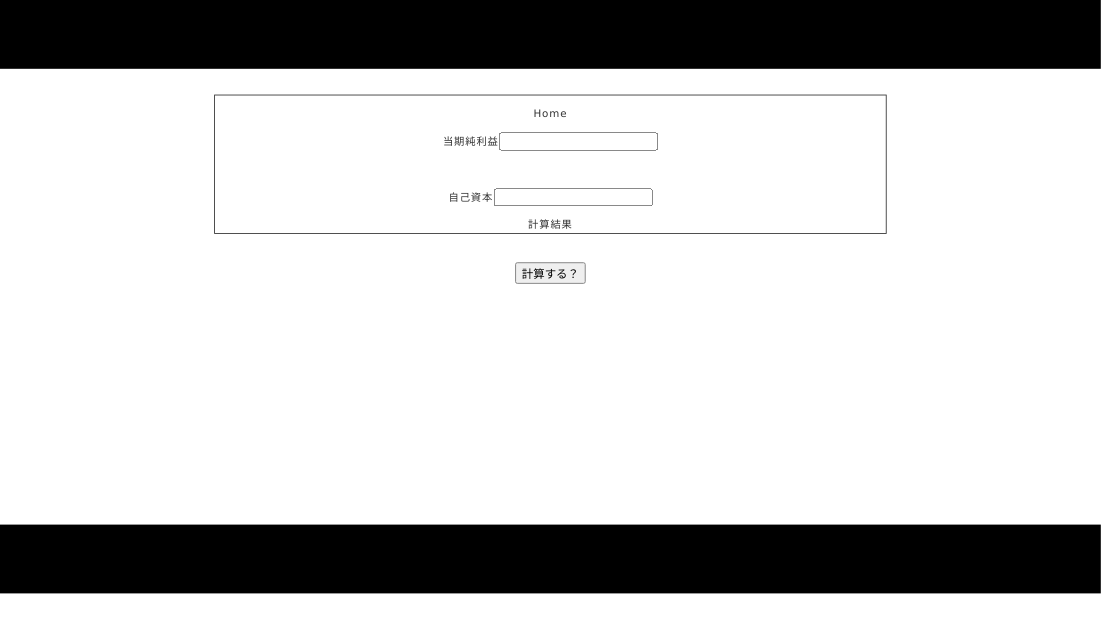
Repository: HattoriKotaro19920408/Keisanchan
Page: http://localhost/Keisanchan/
An editor plug-in stored every save of this project. The page is shown before and after the next save, followed by the edit.
The browser window is 1280 px wide. The pictures show the whole page, at 86% of full size.
The page is served by Tomcat 9. Other server files are loaded and not shown.

Above is the page before, as saved 2018-08-16 02:01:30.

### Keisanchan/WebContent/home.jsp
<%@ page language="java" contentType="text/html; charset=UTF-8"
    pageEncoding="UTF-8"%>
<%@ taglib prefix="s" uri="/struts-tags" %>
<!DOCTYPE html PUBLIC "-//W3C//DTD HTML 4.01 Transitional//EN" "http://www.w3.org/TR/html4/loose.dtd">
<html>
<head>
<meta http-equiv="Content-Type" content="text/html; charset=utf-8" />
<meta http-equiv="Content-Style-Type" content="text/css" />
<meta http-equiv="Content-Script-Type" content="text/javascript" />
<meta http-equiv="imagetoolbar" content="no" />
<meta name="description" content="" />
<meta name="keywords" content="" />

<title>Home画面</title>
<style type="text/css">
   body{
      margin:0;
      padding:0;
      line-height:1.6;
      letter-spacing:1px;
      font-family:Verdana, Helvetica, sans-serif;
      font-size:12px;
      color:#333;
      background:#fff;
   }
   table{
     text-align:center;
     margin:o auto;
   }

   #top{
     width:780px;
     margin:30px auto;
     border:1px solid #333;
   }
   #header{
     width:100%;
     height:80px;
     background-color:black;
   }
   #main{
     width:100%;
     height:500px;
     text-align:center;
   }
   #footer{
     width:100%;
     height:80px;
     background-color:black;
     clear:both;
   }
   #text-center{
      display:inline-block;
      text-align:center;
   }
</style>
</head>
<body>
 <div id="header">
         <div id="pr">
         </div>
    </div>

    <div id="main">
         <div id="top">
              <p>Home</p>

              <form oninput="document.getElementById('roe').value =
					parseInt(document.getElementById('toki').value, 10) /
					parseInt(document.getElementById('zikoshi').value, 10)">
					<p>当期純利益<input type="number" id="toki"><p/>
					<br><p>自己資本<input type="number" id="zikoshi"></p>

					<output for="toki zikoshi" id="roe">計算結果</output>
					</form>
         </div>

         <div id="text-center">
              <s:form action="HomeAction">
                      <s:submit value="計算する？"/>
              </s:form>
              <s:if test = "#session.id !=null">
                      <p>ログアウトする場合は<a href='<s:url action="LoginAction"/>'>こちら</a></p>
              </s:if>
         </div>
    </div>
    <div id="footer">
         <div id = "pr">
         </div>
    </div>

</body>
</html>

After the next save:
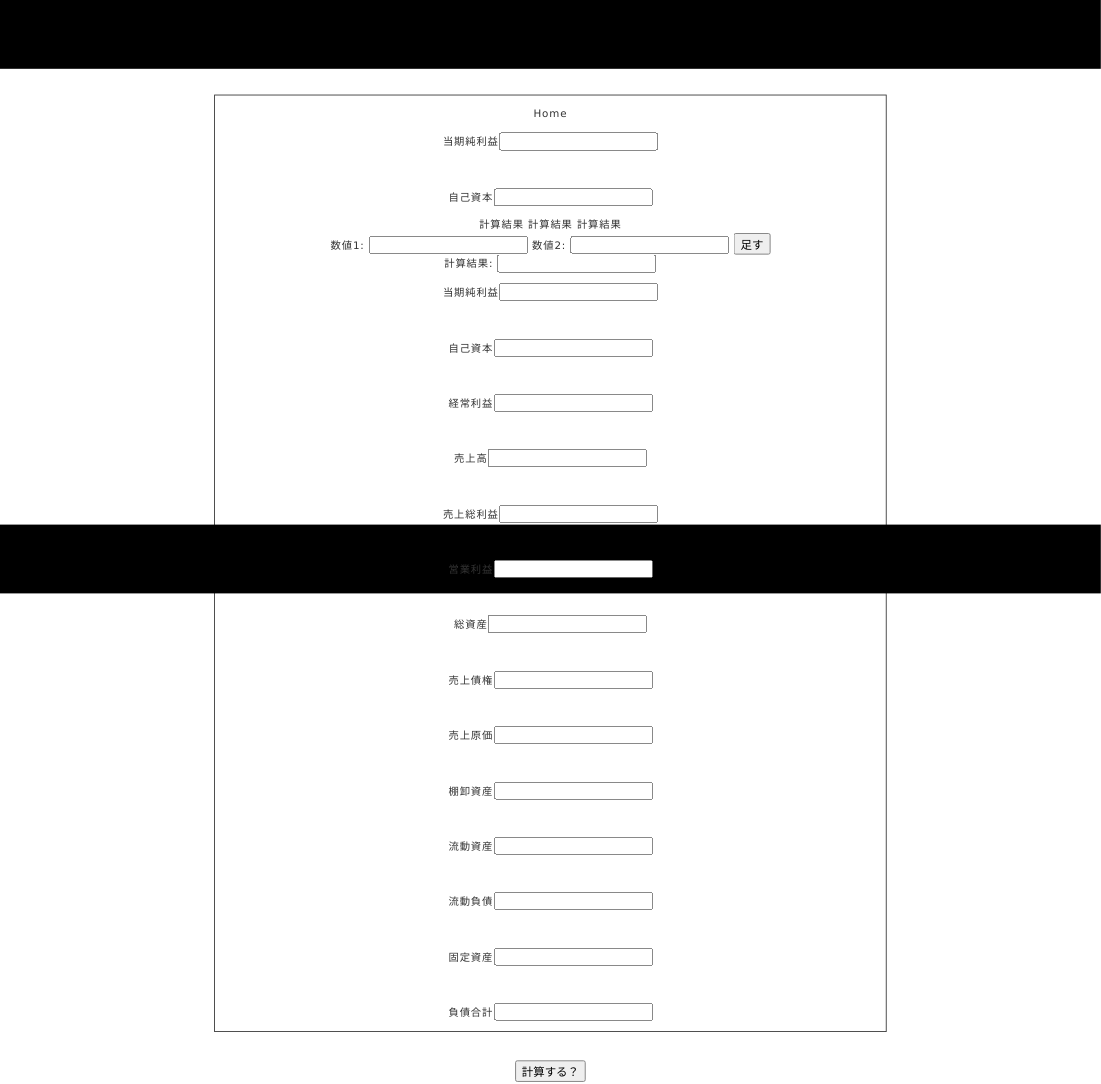
Saved 24 min 1 s later.
--- a/Keisanchan/WebContent/home.jsp
+++ b/Keisanchan/WebContent/home.jsp
@@ -72,7 +72,46 @@
 					<br><p>自己資本<input type="number" id="zikoshi"></p>
 
 					<output for="toki zikoshi" id="roe">計算結果</output>
+					<output for="toki zikoshi" id="roe">計算結果</output>
+					<output for="toki zikoshi" id="roe">計算結果</output>
 					</form>
+					<form>
+        <label for="textForm1">数値1: </label>
+        <input type="text" id="textForm1">
+
+        <label for="textForm2">数値2: </label>
+        <input type="text" id="textForm2">
+
+        <button id="button">足す</button>
+    </form>
+
+    <label for="resultForm">計算結果: </label>
+    <input type="text" id="resultForm">
+
+
+
+
+
+					 <form ="KeisanAction">
+
+
+<p>当期純利益<input type="number" name="toki" value=""><p/>
+<br><p>自己資本<input type="number" name="zikoshi" value=""></p>
+<br><p>経常利益<input type="number" name="keijo" value=""></p>
+<br><p>売上高<input type="number" name="uriage" value=""></p>
+<br><p>売上総利益<input type="number" name="uriage_sori" value=""></p>
+<br><p>営業利益<input type="number" name="eigyo" value=""></p>
+<br><p>総資産<input type="number" name="total_assets" value=""></p>
+<br><p>売上債権<input type="number" name="uriage_saiken" value=""></p>
+<br><p>売上原価<input type="number" name="uriage_genka" value=""></p>
+<br><p>棚卸資産<input type="number" name="tana" value=""></p>
+<br><p>流動資産<input type="number" name="ryudo_assets" value=""></p>
+<br><p>流動負債<input type="number" name="ryudo_fusai" value=""></p>
+<br><p>固定資産<input type="number" name="kotei_assets" value=""></p>
+<br><p>負債合計<input type="number" name="total_fusai" value=""></p>
+</form>
+
+
          </div>
 
          <div id="text-center">
